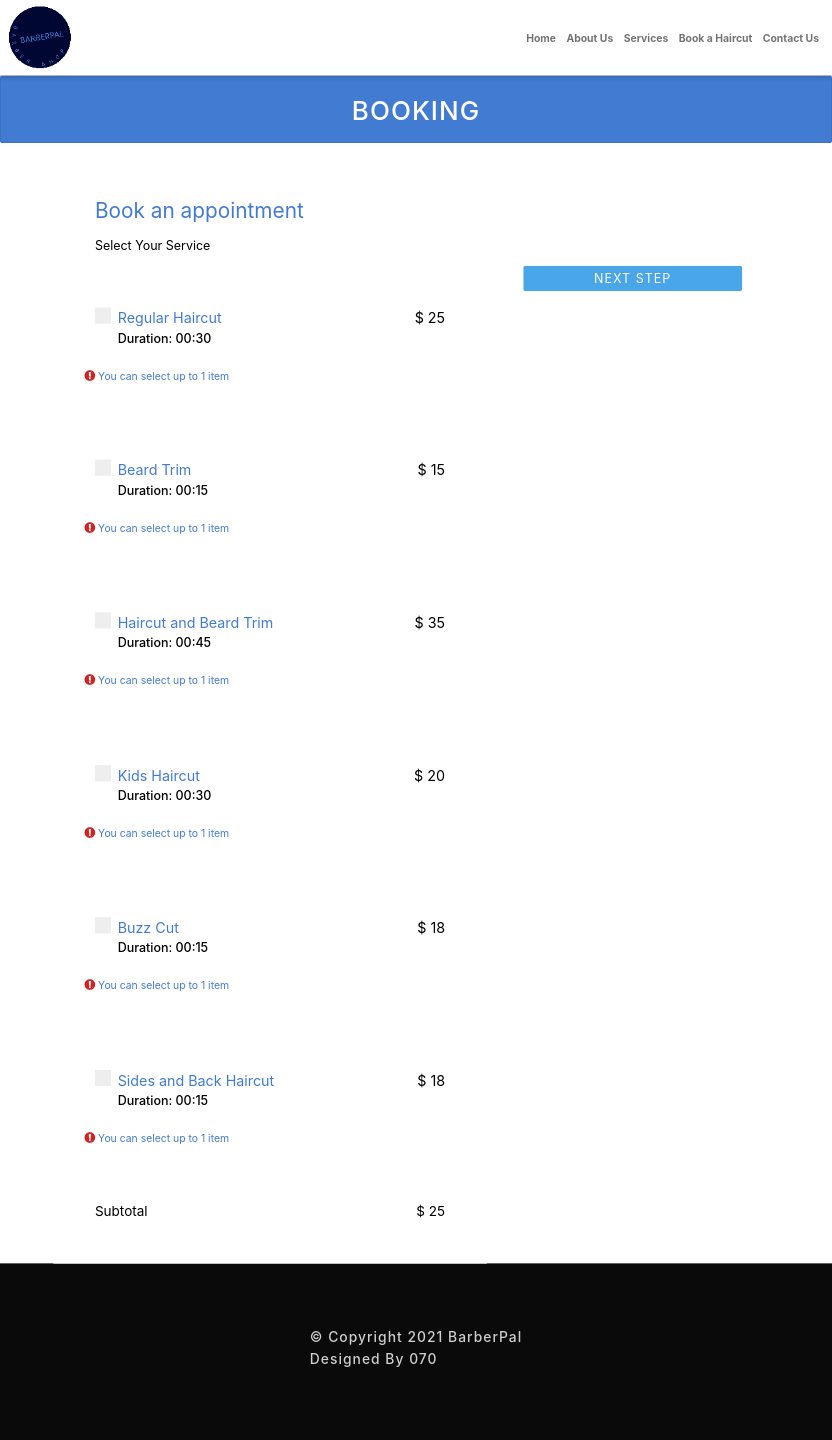
Repository: ofovweewere/haircutPal
Page: /services
The author's editor kept a copy of each file at every save. The page is drawn from the files as they stood at one save, then again after the next save.
The browser window is 1280 px wide. The pictures show the whole page, at 65% of full size.
The project was rebuilt for these pictures with package versions that can differ from the ones it lists, and the page was loaded fresh each time. Also part of the build but not shown: src/tutorial/0-Practice/bookCut.js, src/tutorial/0-Practice/about.js, src/tutorial/0-Practice/servicesAndProducts.js, src/tutorial/0-Practice/contact.js, src/tutorial/0-Practice/landing.js, src/tutorial/0-Practice/checkboxOptionTwo.js, src/tutorial/0-Practice/error.js.

Above is the page before, as saved 2022-06-25 14:05:16.

After the next save:
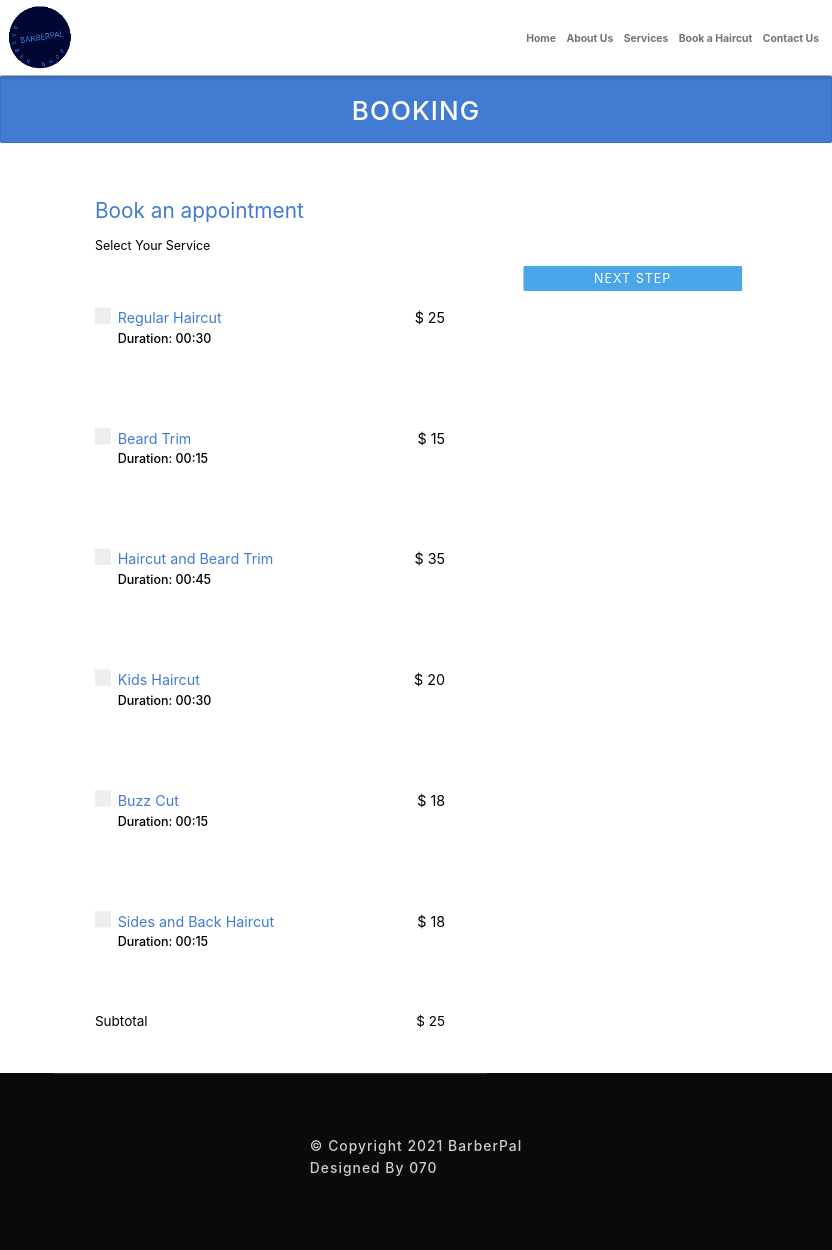
Saved 30 s later.
--- a/src/tutorial/0-Practice/checkboxOption.js
+++ b/src/tutorial/0-Practice/checkboxOption.js
@@ -76,7 +76,7 @@ const CheckboxOption = ({title, description, cost, idd}) => {
                 </tr> */}
               </tbody>
             </table>
-            {!bookings[idd] && <p className='secondItem'><span className='exclamation'><i class="fa fa-exclamation-circle" aria-hidden="true"></i></span> You can select up to 1 item</p>}
+            {bookings[idd] && <p className='secondItem'><span className='exclamation'><i class="fa fa-exclamation-circle" aria-hidden="true"></i></span> You can select up to 1 item</p>}
           </div>
           {/* <div style={{color:'#427bd2',fontWeight:'normal'}} >
              <label class="containers">
